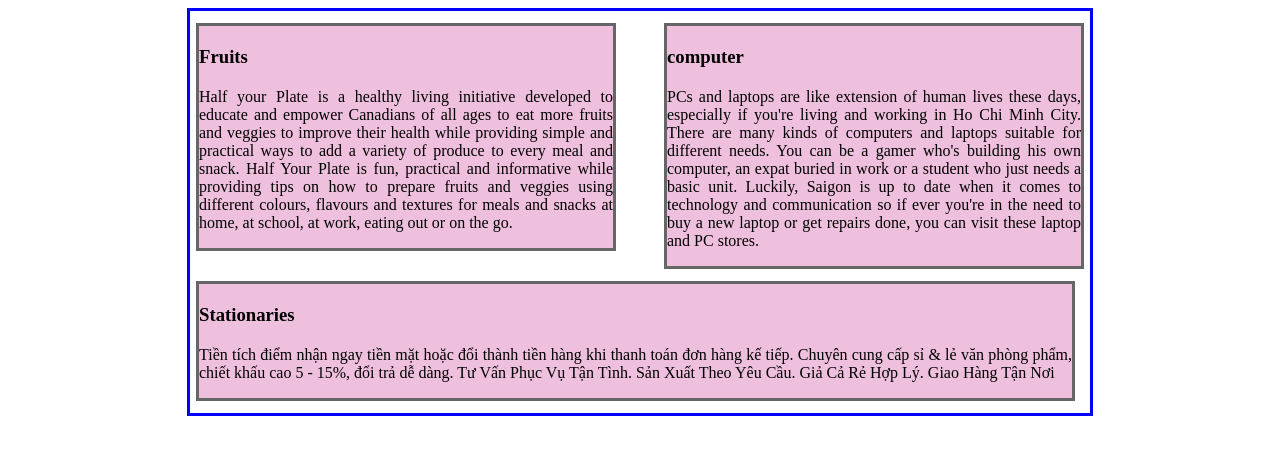
Repository: Tan-Khang21/TH_TKW--Buoi_06
Page: Bai_Tap_Mau/Bai_05/CSS_05.html
These files come from the project's save history. The page is drawn as it stood at one moment and after the next save; the edit follows.
The browser window is 1280 px wide. The pictures show the whole page.

Above is the page before, as saved 2024-03-11 17:13:11.

After the next save:
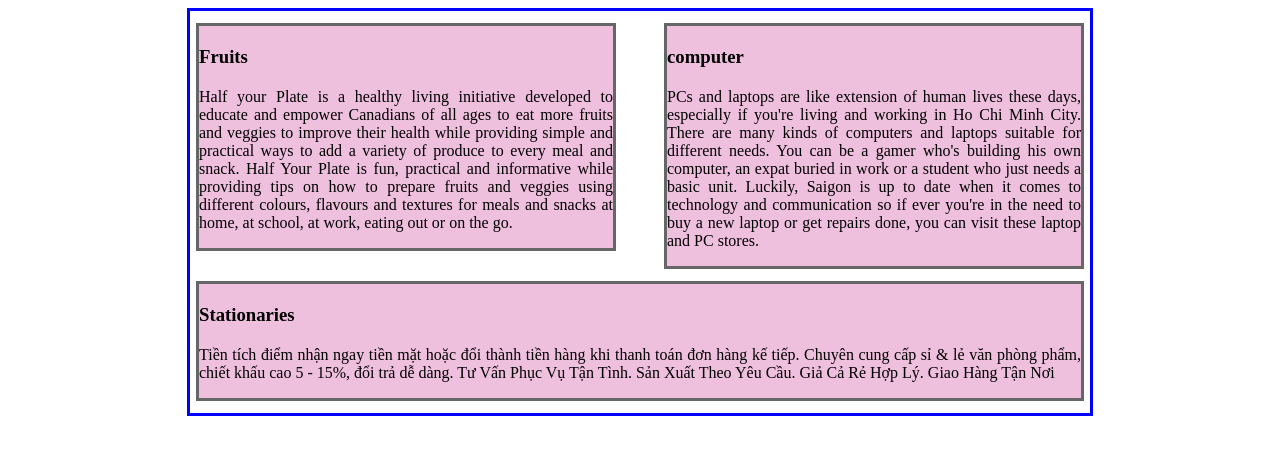
Saved 69 s later.
--- a/Bai_Tap_Mau/Bai_05/style.css
+++ b/Bai_Tap_Mau/Bai_05/style.css
@@ -17,7 +17,7 @@
   float: right;
 }
 #stationary {
-  width: 97%;
+  width: 98%;
   clear: both;
 }
 p {
